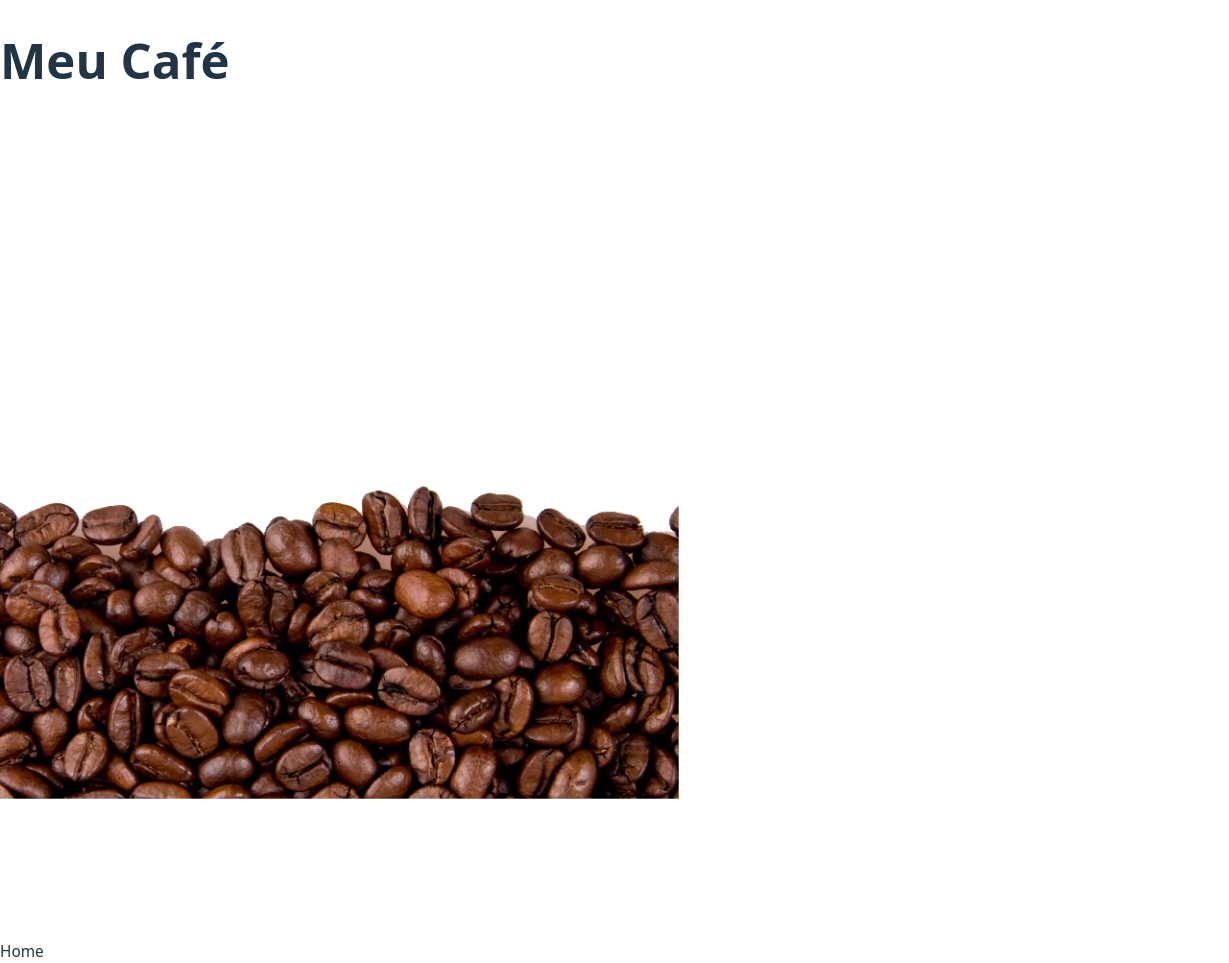
Repository: meiotera/meu_cafe.dev
Page: /
An editor plug-in stored every save of this project. The page is shown before and after the next save, followed by the edit.
The browser window is 1280 px wide. The pictures show the whole page, at 96% of full size.
The project was rebuilt for these pictures with package versions that can differ from the ones it lists, and the page was loaded fresh each time. Also part of the build but not shown: vite.config.js.

Above is the page before, as saved 2025-04-02 16:13:56.

### src/App.jsx
import React from 'react';
import { BrowserRouter, Routes, Route } from 'react-router-dom';

import Header from './components/Header/Header';
import Home from './Pages/Home';
import Main from './components/Main/Main';

function App() {
  return (
    <>
      <Header />

      <Main>
        <BrowserRouter>
          <Routes>
            <Route path="/" element={<Home />} />
          </Routes>
        </BrowserRouter>
      </Main>
    </>
  );
}

export default App;

### src/components/Header/Header.jsx
import React from 'react';

import styles from './Header.module.css';

const Header = () => {
  return (
    <header>
      <h1>Meu Café</h1>

      <div className={styles.containerImg}>
        <img src="../../img/graos.png" alt="Grão de café" />
      </div>
    </header>
  );
};

export default Header;

### src/Pages/Home.jsx
import React from 'react';
import Main from '../components/Main/Main';

const Home = () => {
  return <Main>Home</Main>;
};

export default Home;

### src/components/Main/Main.jsx
import React from 'react';

const Main = ({ children }) => {
  return <main>{children}</main>;
};

export default Main;

### src/components/Header/Header.module.css
.containerImg img {
  transform: rotate(90deg);
}

Loaded but not shown: index.html (common file); src/main.jsx (common file); src/index.css (common file)

After the next save:
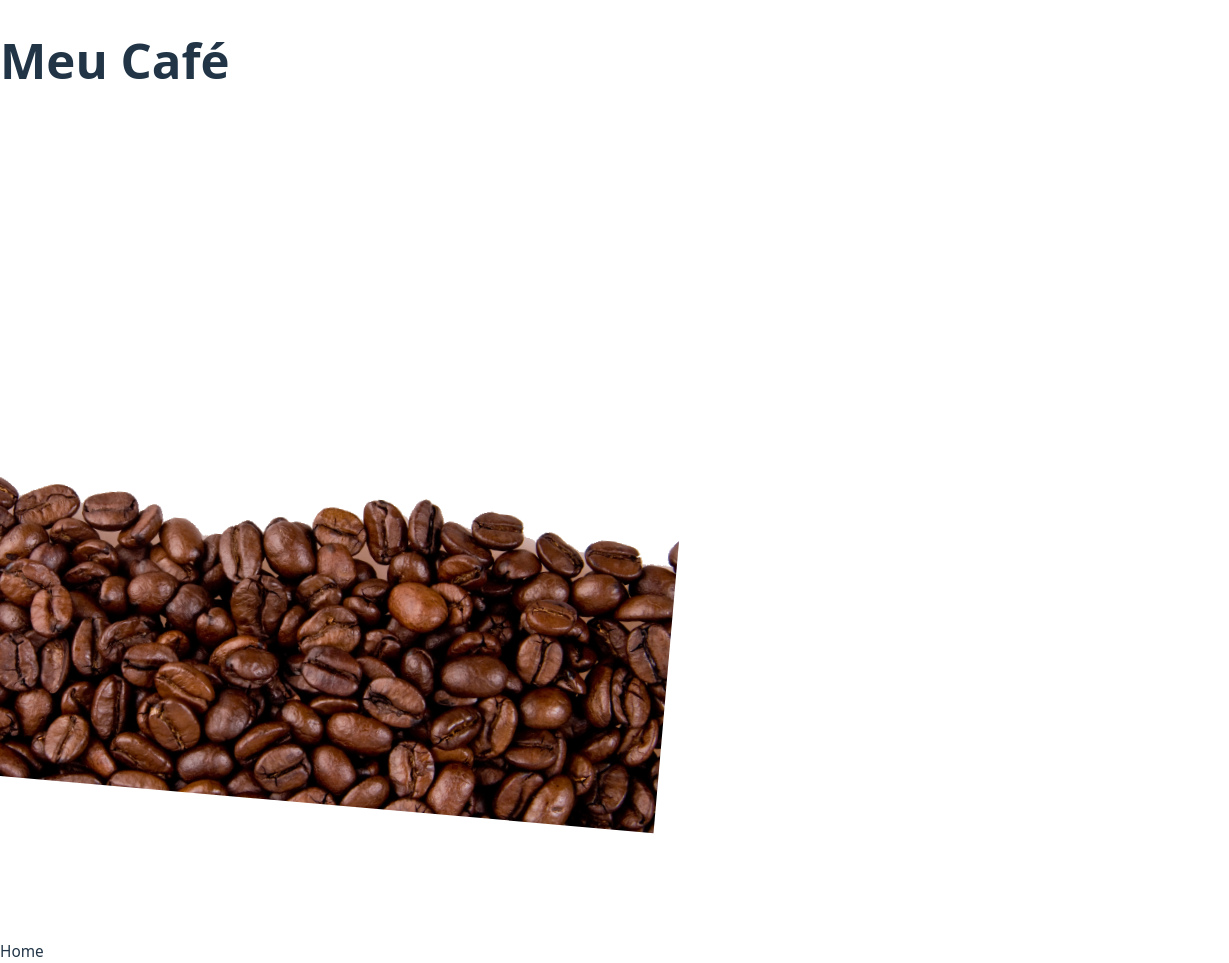
Saved 12 s later.
--- a/src/components/Header/Header.module.css
+++ b/src/components/Header/Header.module.css
@@ -1,3 +1,3 @@
 .containerImg img {
-  transform: rotate(90deg);
+  transform: rotate(95deg);
 }
